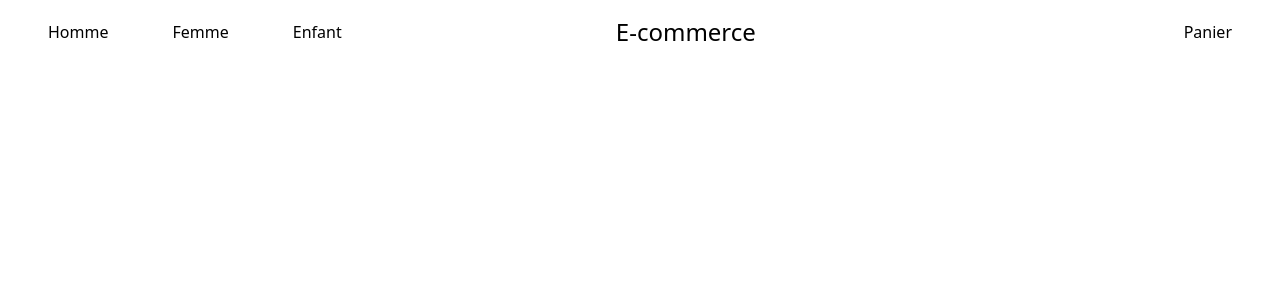
Repository: Adrien-legeleu/e-commerce
Page: / (app in frontend/)
The author's editor kept a copy of each file at every save. The page is drawn from the files as they stood at one save, then again after the next save.
The browser window is 1280 px wide. The pictures show the whole page.
The project was rebuilt for these pictures with package versions that can differ from the ones it lists, and the page was loaded fresh each time. Also part of the build but not shown: frontend/vite.config.ts.

Above is the page before, as saved 2024-05-17 17:43:48.

### frontend/index.html
<!doctype html>
<html lang="en">
  <head>
    <meta charset="UTF-8" />
    <link rel="icon" type="image/svg+xml" href="/vite.svg" />
    <meta name="viewport" content="width=device-width, initial-scale=1.0" />
    <title>E-commerce</title>
  </head>
  <body>
    <div id="root"></div>
    <script type="module" src="/src/main.tsx"></script>
  </body>
</html>

### frontend/src/App.tsx
import { Header } from "./components";

const App = () => {
  return (
    <div>
      <Header />
    </div>
  );
};

export default App;

### frontend/src/components/Header.tsx
export const Header = () => {
  return (
    <div className="px-12 py-4 w-full  flex  justify-between items-center">
      <ul className="flex items-center  gap-16 flex-1">
        <li>Homme</li>
        <li>Femme</li>
        <li>Enfant</li>
      </ul>
      <div className="flex-1">
        <h1 className="text-2xl">E-commerce</h1>
      </div>
      <div>
        <button>Panier</button>
      </div>
    </div>
  );
};

Loaded but not shown: frontend/src/main.tsx (common file); frontend/src/index.css (common file); frontend/src/components/index.ts (common file); frontend/tailwind.config.js (common file)

After the next save:
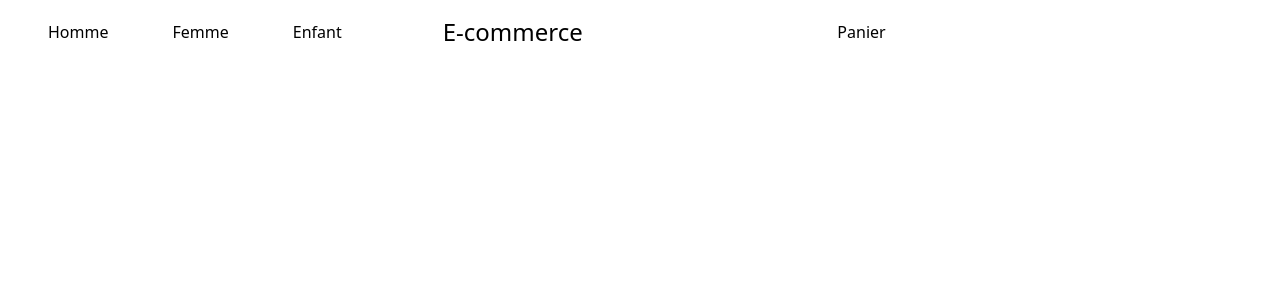
Saved 7 s later.
--- a/frontend/src/components/Header.tsx
+++ b/frontend/src/components/Header.tsx
@@ -9,7 +9,7 @@ export const Header = () => {
       <div className="flex-1">
         <h1 className="text-2xl">E-commerce</h1>
       </div>
-      <div>
+      <div className="flex-1">
         <button>Panier</button>
       </div>
     </div>
